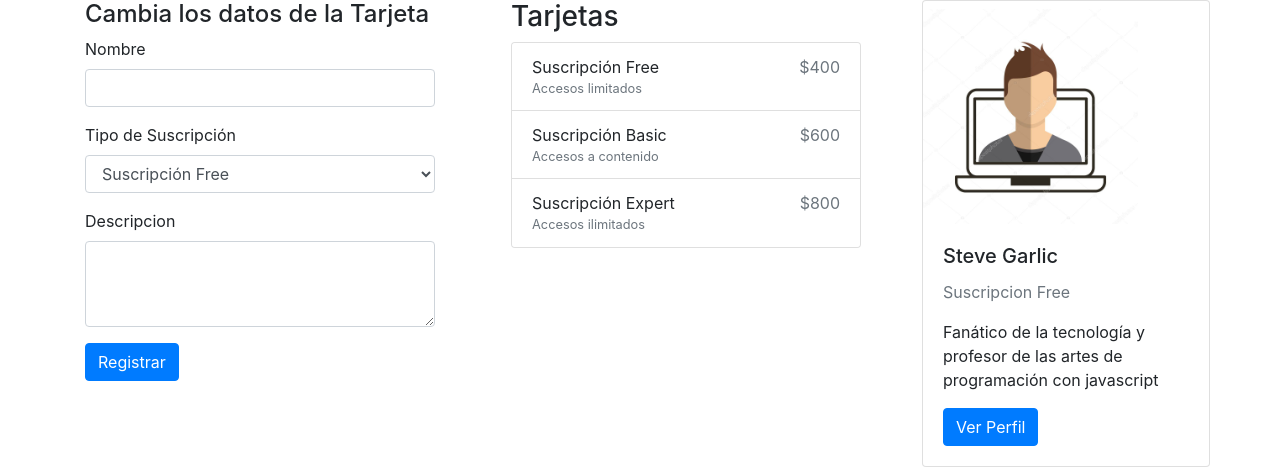
Repository: pedro-donoso/manipulacion-dom
Page: index.html
These files come from the project's save history. The page is drawn as it stood at one moment and after the next save; the edit follows.
The browser window is 1280 px wide. The pictures show the part of the page from y = 602 to 1069 px (the page is 1069 px tall).

Above is the page before, as saved 2024-02-06 14:32:13.

After the next save:
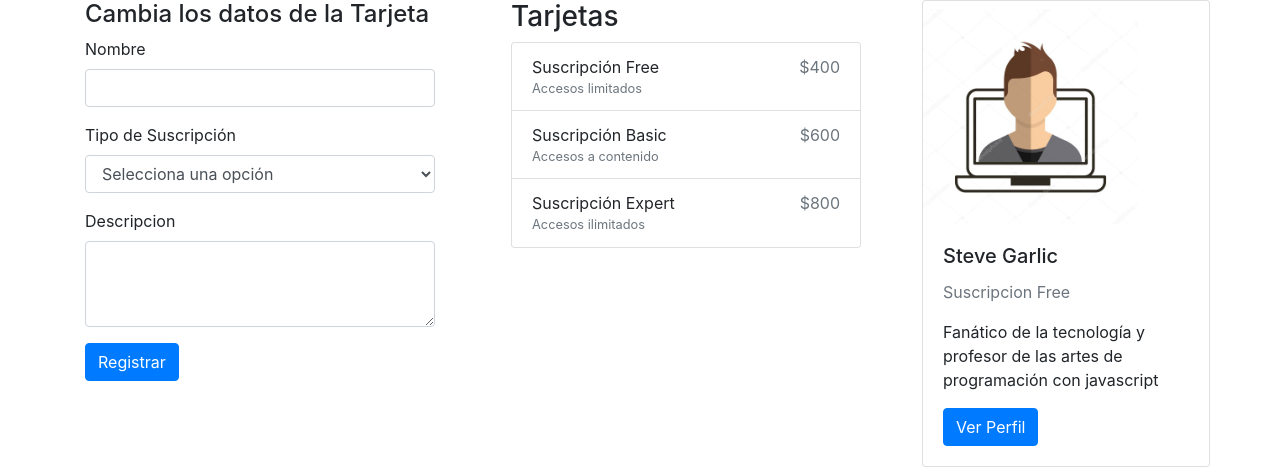
Saved 48 s later.
--- a/index.html
+++ b/index.html
@@ -39,6 +39,7 @@
                     <input type="text" class="form-control mb-3" id="nombre">
                     <label>Tipo de Suscripción</label>
                     <select id="suscripcion" class="form-control mb-3">
+                        <option disabled selected>Selecciona una opción</option>
                             <option value="Suscripción Free">Suscripción Free</option>
                             <option value="Suscripción Basic">Suscripcion Basic</option>
                             <option value="Suscripción Expert">Suscripcion Expert</option>
